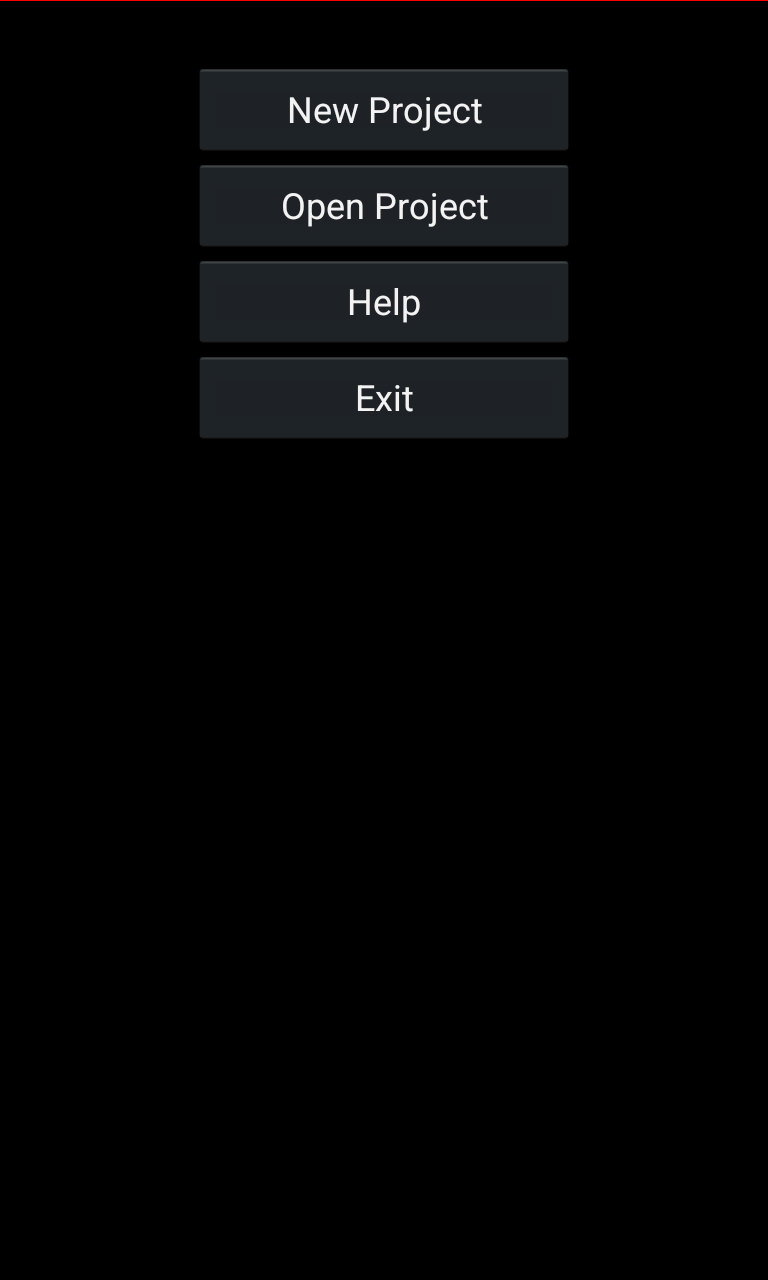
Repository: matthew-robertson/PhysLab
Layout: Phys Lab/Phys Lab/res/layout/activity_title.xml
These files come from the project's save history. The layout is drawn as it stood at one moment and after the next save; the edit follows.
It is drawn on a 768 x 1280 px phone screen (xhdpi) without system bars, with theme android:Theme.Holo; the app's code is not run.

Above is the layout before, as saved 2013-01-16 23:02:38.

### Phys Lab/Phys Lab/res/layout/activity_title.xml
<LinearLayout xmlns:android="http://schemas.android.com/apk/res/android"
    xmlns:tools="http://schemas.android.com/tools"
    android:id="@+id/layout_activity_title"
    android:layout_width="fill_parent"
    android:layout_height="fill_parent"
    android:gravity="center_horizontal"
    android:orientation="vertical"
    tools:context=".TitleActivity" >

    <ImageView
        android:id="@+id/image_view_logo"
        android:layout_width="fill_parent"
        android:layout_height="wrap_content"
        android:scaleType="center"
        android:src="@drawable/shape_axis" />

    <LinearLayout
        android:layout_width="fill_parent"
        android:layout_height="fill_parent"
        android:gravity="center_horizontal"
        android:orientation="horizontal"
        android:weightSum="1.0" >


    <LinearLayout
        android:layout_width="0dip"
        android:layout_height="wrap_content"
        android:layout_weight=".5"
        android:orientation="vertical"
        android:paddingTop="30dp" >

        <Button
            android:id="@+id/button_new_project"
            android:layout_width="fill_parent"
            android:layout_height="wrap_content"
            android:text="New Project" />

        <Button
            android:id="@+id/button_open_project"
            android:layout_width="fill_parent"
            android:layout_height="wrap_content"
            android:text="Open Project" />

        <Button
            android:id="@+id/button_help"
            android:layout_width="fill_parent"
            android:layout_height="wrap_content"
            android:text="Help" />

        <Button
            android:id="@+id/button_exit"
            android:layout_width="fill_parent"
            android:layout_height="wrap_content"
            android:text="Exit" />
    </LinearLayout>

    <!--
        style="?android:attr/buttonStyleSmall"
      android:onClick="playButton"
    -->
    </LinearLayout>

</LinearLayout>

### Phys Lab/Phys Lab/res/drawable/shape_axis.xml
<?xml version="1.0" encoding="utf-8"?>
<shape xmlns:android="http://schemas.android.com/apk/res/android"
       android:shape="rectangle"
       android:name="shape_horizontal_axis" >

    	<solid android:color="#FF0000"/>

    <!--
    <stroke android:width="3dp"
            android:color="#ff000000"/>
	-->
	<!--
    <padding android:left="1dp"
             android:top="1dp"
             android:right="1dp"
             android:bottom="1dp"/>
    -->
</shape>

After the next save:
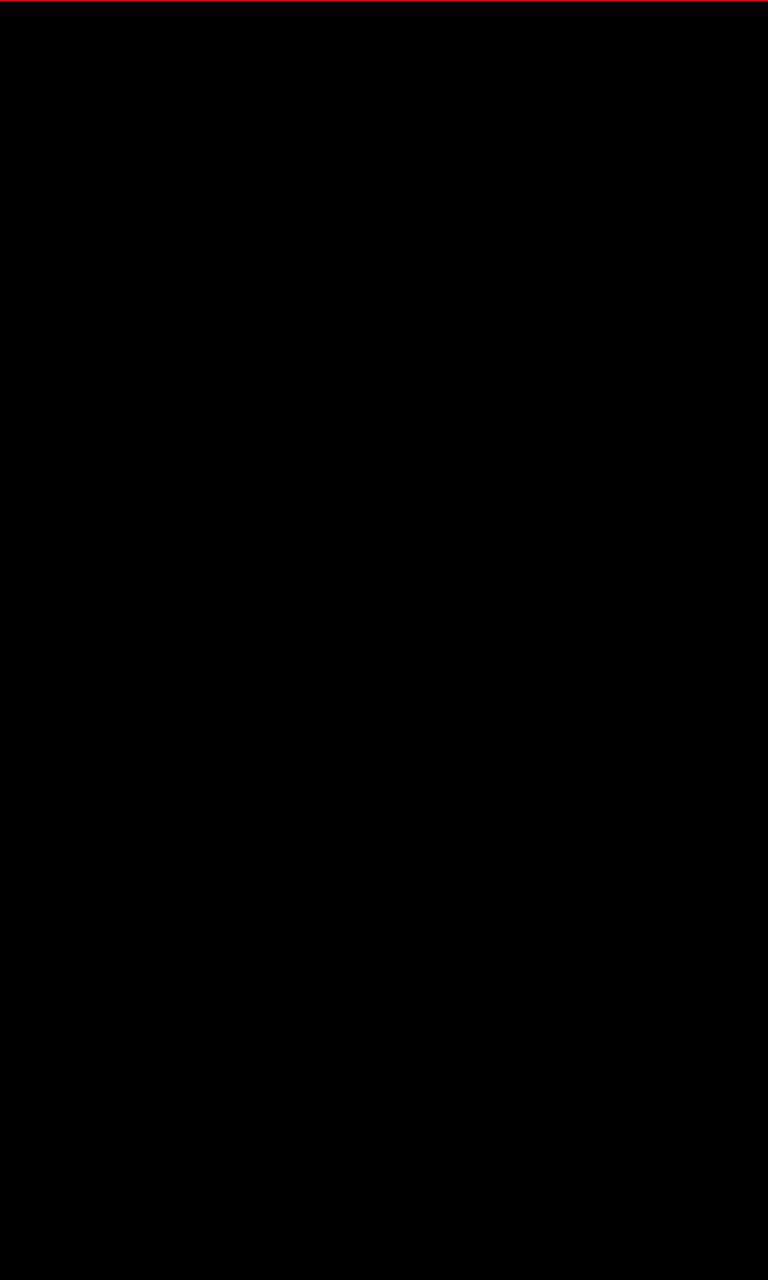
Saved 46 min 51 s later.
--- a/Phys Lab/Phys Lab/res/layout/activity_title.xml
+++ b/Phys Lab/Phys Lab/res/layout/activity_title.xml
@@ -16,7 +16,8 @@
 
     <LinearLayout
         android:layout_width="fill_parent"
-        android:layout_height="fill_parent"
+        android:layout_height="wrap_parent"
+        android:baselineAligned="false"
         android:gravity="center_horizontal"
         android:orientation="horizontal"
         android:weightSum="1.0" >

After the 2 saves that followed:
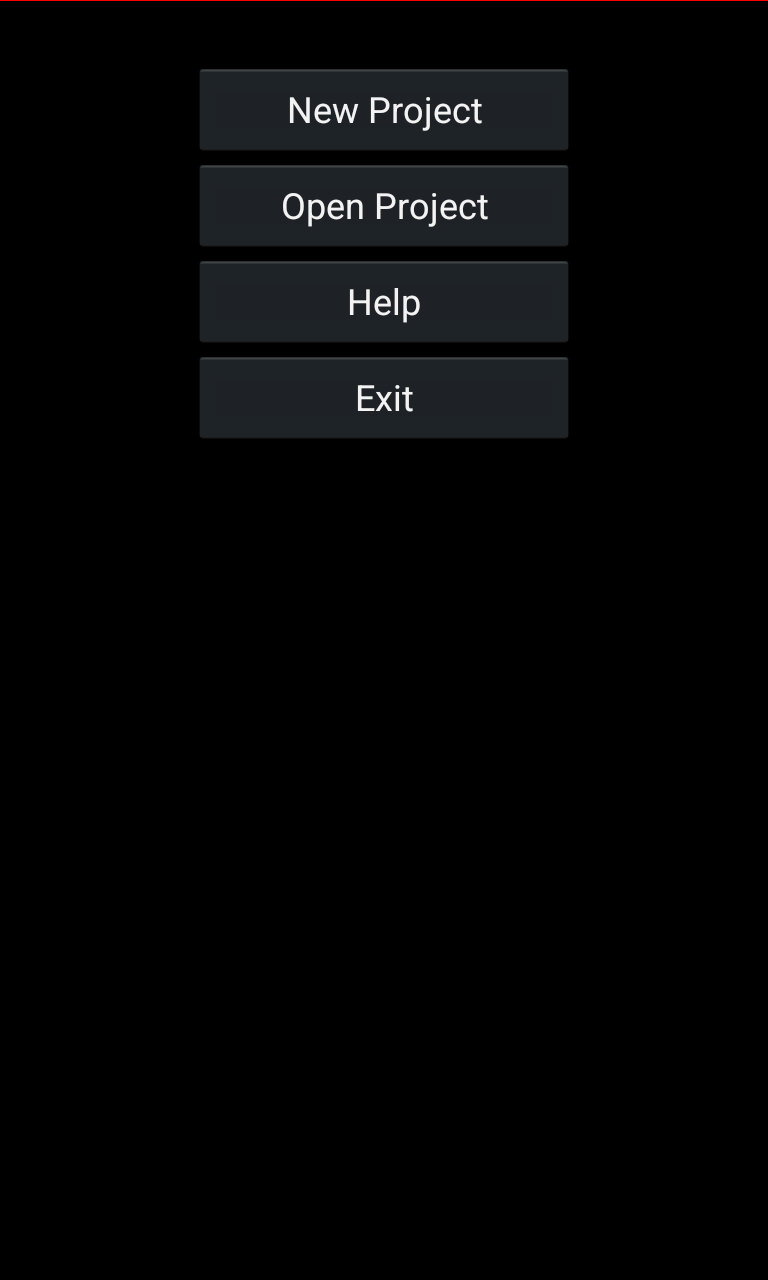
The 2 saves are shown as one change because they came seconds apart.
The last was saved 10 s later.
--- a/Phys Lab/Phys Lab/res/layout/activity_title.xml
+++ b/Phys Lab/Phys Lab/res/layout/activity_title.xml
@@ -16,7 +16,7 @@
 
     <LinearLayout
         android:layout_width="fill_parent"
-        android:layout_height="wrap_parent"
+        android:layout_height="wrap_content"
         android:baselineAligned="false"
         android:gravity="center_horizontal"
         android:orientation="horizontal"
@@ -27,6 +27,8 @@
         android:layout_width="0dip"
         android:layout_height="wrap_content"
         android:layout_weight=".5"
+                android:baselineAligned="false"
+
         android:orientation="vertical"
         android:paddingTop="30dp" >
 
